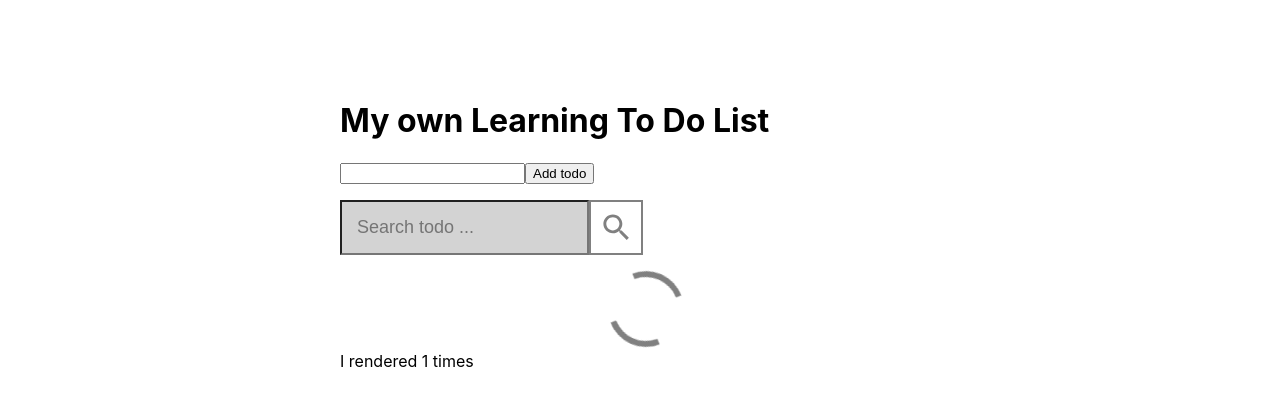
Repository: ArusyakAghajanyan/To-Do
Page: /
These files come from the project's save history. The page is drawn as it stood at one moment and after the next save; the edit follows.
The browser window is 1280 px wide. The pictures show the whole page.
The page's requests for data from a server got no answer. The project was rebuilt for these pictures with package versions that can differ from the ones it lists, and the page was loaded fresh each time. No one was signed in, and anything a server would have sent is missing. Also part of the build but not shown: src/Todo/TodoItem.js, src/Todo/TodoList.js.

Above is the page before, as saved 2022-03-16 16:12:16.

### src/index.css
body {
  margin: 0;
  font-family: -apple-system, BlinkMacSystemFont, 'Segoe UI', 'Roboto', 'Oxygen',
    'Ubuntu', 'Cantarell', 'Fira Sans', 'Droid Sans', 'Helvetica Neue',
    sans-serif;
  -webkit-font-smoothing: antialiased;
  -moz-osx-font-smoothing: grayscale;
}

code {
  font-family: source-code-pro, Menlo, Monaco, Consolas, 'Courier New',
    monospace;
}
.wrapper {
  padding-top: 5rem;
  margin: 0 auto;
  width: 600px;
}
.rm {
  background: gray;
  border-radius: 50%;
  color:#fff;
  border: none;
}

.done {
  text-decoration: line-through;
}

.lds-dual-ring {
  display: inline-block;
  width: 80px;
  height: 80px;
}

.lds-dual-ring:after {
  content: " ";
  display: block;
  width: 64px;
  height: 64px;
  margin: 8px;
  border-radius: 50%;
  border: 6px solid gray;
  border-color: gray transparent gray transparent;
  animation: lds-dual-ring 1.2s linear infinite;
}
@keyframes lds-dual-ring {
  0% {
    transform: rotate(0deg);
  }
  100% {
    transform: rotate(360deg);
  }
}

### src/App.js
import React, { useEffect, useRef, useState } from 'react'
import TodoList from './Todo/TodoList'
import Context from './context'
import Loader from './Loader'
import SearchBar from './Search/SearchBar'

const AddTodo = React.lazy(
  () =>
  new Promise(resolve => {
    setTimeout(() => {
      resolve(import('./Todo/AddTodo'))
    }, 3000)
  })
  )

function App() {
  const [todos, setTodos] = useState([])
    // { id: 1, completed: false, title: 'Learn HTML, CSS'},
    // { id: 2, completed: true, title: 'Learn Js'},
    // { id: 3, completed: false, title: 'Learn React'},
    // { id: 4, completed: false, title: 'Learn Java'}
  const [loading, setLoading] = useState(true)
  const renderCount = useRef(0)
  const[data,setData] = useState([])

  useEffect(() => {
    renderCount.current = renderCount.current + 1
  })


useEffect(() => {
  fetch('https://jsonplaceholder.typicode.com/todos?_limit=5')
    .then(response => response.json())
    .then(todos => {
      setTimeout(() => {
        setTodos(todos)
        setLoading(false)
      }, 2000)
    })
}, [])

  function toggleTodo(id){
    setTodos(
    todos.map(todo => {
    if (todo.id === id) {
      todo.completed = !todo.completed
    }
    return todo
    })
    )
  }

  function removeTodo(id){
   setTodos(todos.filter(todo => todo.id !== id))
  }

  function addTodo(title) {
    setTodos(todos.concat([{
      title,
      id: Date.now(),
      completed: false
    }]))
  }
  function searchResult(data){
    console.log("data=", data)
    setData(data)
  }
  return (
    <Context.Provider value={{ removeTodo }}>
    <div className='wrapper'>
      <h1>My own Learning To Do List</h1>
      <React.Suspense fallback={<p>Loading...</p>}>

      <AddTodo onCreate={addTodo} />
      <SearchBar placeholder="Search todo ..." data={todos}  filterData={searchResult} />
      </React.Suspense>
      {loading && <Loader />}
      {todos.length ? (
      <TodoList todos={data.length > 0 ? data : todos} onToggle={toggleTodo} />
      ) : loading ? null : (
        <p>No todos!</p>
       )}
       <div> I rendered {renderCount.current} times </div>
       <div >

    </div>

    </div>
    </Context.Provider>

  )
}

export default App

### src/Loader.js
import React from 'react'

export default () => <div style={{display: 'flex', justifyContent: 'center', margin: '.5rem' }}>
    <div className="lds-dual-ring" /></div>

### src/Search/SearchBar.js
import React, { useState, useEffect } from "react";
import "./SearchBar.css";
import SearchIcon from '@mui/icons-material/Search';
import CloseIcon from '@mui/icons-material/Close';

function SearchBar({ placeholder, data, filterData }) {
  const [filteredData, setFilteredData] = useState([]);
  const [wordEntered, setWordEntered] = useState("");

  const handleFilter = (event) => {
    const searchWord = event.target.value;
    setWordEntered(searchWord);
    const newFilter = data.filter((value) => {
      return value.title.toLowerCase().includes(searchWord.toLowerCase());
    });

    if (searchWord === "") {
      setFilteredData([]);
    } else {
      setFilteredData(newFilter);
    }
  };

  const clearInput = () => {
    setFilteredData([]);
    setWordEntered("");
  };

 useEffect(() => {
  filterData(filteredData)

 }, [filteredData])


  return (
    <div className="search">
      <div className="searchInputs">
        <input
          type="text"
          placeholder={placeholder}
          value={wordEntered}
          onChange={handleFilter}

        />
        <div className="searchIcon">
          {filteredData.length === 0 ? (
            <SearchIcon />
          ) : (
            <CloseIcon id="clearBtn" onClick={clearInput} />
          )}
        </div>
      </div>

    </div>
  );

}

export default SearchBar;

### src/Todo/AddTodo.js
import React, { useState } from "react";
import PropTypes from "prop-types";

function useInputValue(defaultValue = " ") {
  const [value, setValue] = useState(defaultValue);
  return {
    bind: {
      value,
      onChange: (event) => setValue(event.target.value),
    },
    clear: () => setValue(""),
    value: () => value,
  };
}

function AddTodo({ onCreate }) {
  const input = useInputValue(" ");

  function submitHandler(event) {
    event.preventDefault();

    if (input.value().trim()) {
      onCreate(input.value());
      input.clear();
    }
  }

  return (
    <form style={{ marginBottom: "1rem" }} onSubmit={submitHandler}>
      <input {...input.bind} />
      <button type="submit">Add todo</button>
    </form>
  );
}

AddTodo.propTypes = {
  onCreate: PropTypes.func.isRequired,
};

export default AddTodo;

### src/Search/SearchBar.css
.searchInputs {
    margin-top: 0px;
    display: flex;
  }

  .search input{
    background-color: lightgray;
    border-top-right-radius: 0px;
    border-bottom-right-radius: 0px;
    font-size: 18px;
    padding: 15px;
    width: 215px;
  }

  .searchIcon {
    background-color: lightgray;
    border: 2px solid gray;
    width: 50px;
    background-color: white;
    display: grid;
    place-items: center;
    color: gray;
  }

  input:focus {
    outline: none;
  }
  .searchIcon svg {
    font-size: 35px;
  }

  /* .dataResult {
    margin-top: 0px;
    width: 300px;
    height: 200px;
    background-color: lightgray;
    box-shadow: rgba(0, 0, 0, 0.35) 0px 5px 15px;
    overflow: hidden;
    overflow-y: auto;
    position: absolute;
  } */

  /* .dataResult::-webkit-scrollbar {
    display: none;
  } */

  /* .dataResult .dataItem {
    width: 100%;
    height: 50px;
    display: flex;
    align-items: center;
    color: black;
  } */

  /* .dataItem p {
    margin-left: 10px;
  }
  a {
    text-decoration: none;
  } */

  /* a:hover {
    background-color: lightgrey;
  } */

  #clearBtn {
    cursor: pointer;
  }

Loaded but not shown: public/index.html (common file); src/index.js (common file); src/reportWebVitals.js (common file); src/context.js (common file)

After the next save:
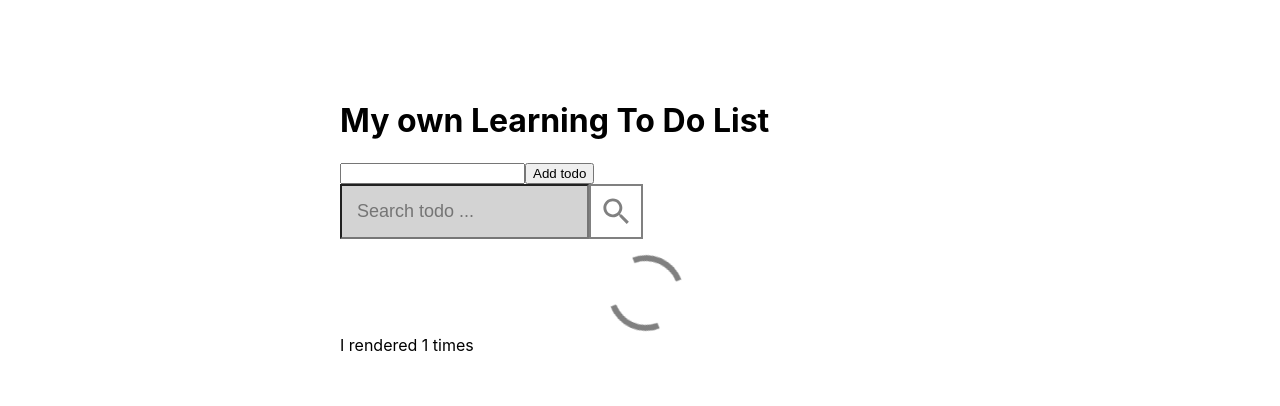
Saved 3 min 53 s later.
--- a/src/Todo/AddTodo.js
+++ b/src/Todo/AddTodo.js
@@ -26,7 +26,7 @@
   }
 
   return (
-    <form style={{ marginBottom: "1rem" }} onSubmit={submitHandler}>
+    <form  onSubmit={submitHandler}>
       <input {...input.bind} />
       <button type="submit">Add todo</button>
     </form>

After the save that followed:
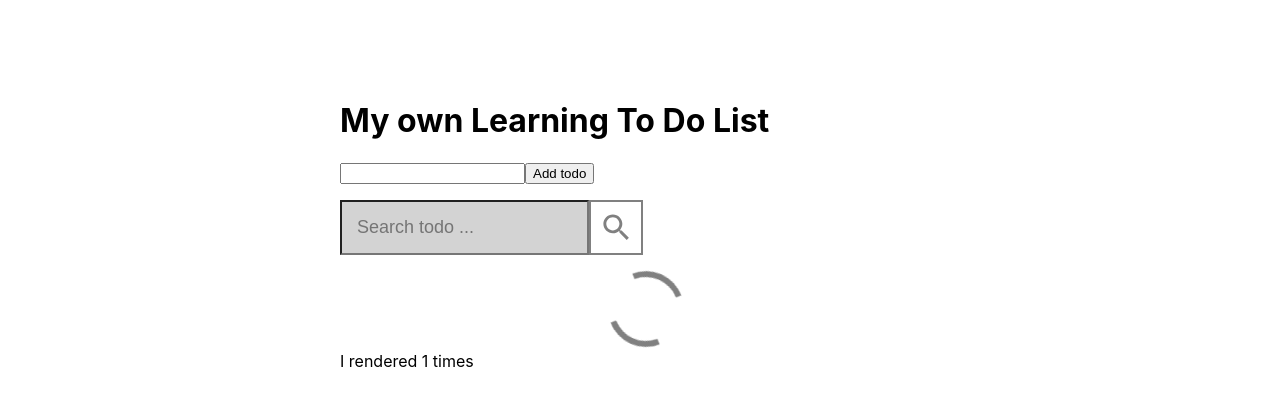
Saved 6 s later.
--- a/src/Todo/AddTodo.js
+++ b/src/Todo/AddTodo.js
@@ -26,7 +26,7 @@
   }
 
   return (
-    <form  onSubmit={submitHandler}>
+    <form style={{ marginBottom: "1rem" }} onSubmit={submitHandler}>
       <input {...input.bind} />
       <button type="submit">Add todo</button>
     </form>
